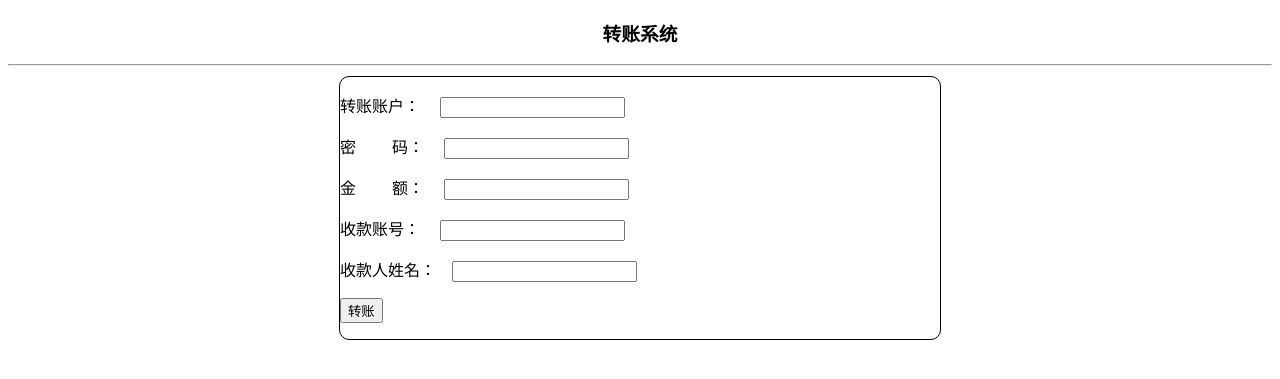
Repository: 99708/java_EE
Page: http://localhost/ssm_bank/
The author's editor kept a copy of each file at every save. The page is drawn from the files as they stood at one save, then again after the next save.
The browser window is 1280 px wide. The pictures show the whole page.
The page is served by Tomcat 9. Other server files are loaded and not shown.

Above is the page before, as saved 2018-11-16 13:52:48.

### ssm_bank/WebContent/index.jsp
<%@ page language="java" contentType="text/html; charset=UTF-8"
    pageEncoding="UTF-8"%>
<!DOCTYPE html PUBLIC "-//W3C//DTD HTML 4.01 Transitional//EN" "http://www.w3.org/TR/html4/loose.dtd">
<html>
<head>
<meta http-equiv="Content-Type" content="text/html; charset=UTF-8">
<title>Insert title here</title>
</head>
<script type="text/javascript" src="js/jquery-1.9.1.min.js"></script>
<body>
	<h3 align="center">转账系统</h3>
	<hr />
	<div  style=" heigth: 240px; width: 600px;
		border: 1px solid #000; margin: auto; border-radius: 10px;
		margin-top: 10px;">
		<form action="moneyServlet.servlet" method="post">
			<p>
				转账账户：　 <input id="aid" name="aid" type="text" value="" />
				<span id="aidSpan"></span> <br />
			</p>
			<p>
				密　　 码： 　<input id="apwd" name="apwd" type="text" value="" />
				<span id="apwdSpan"></span><br />
			</p>
			<p>
				金 　　额： 　<input id="money" name="money" type="text" value="" />
				<span id="moneySpan"></span><br />
			</p>
			<p>
				收款账号： 　<input id="inId" name="inId" type="text" value="" />
				<span id="inIdSpan"></span><br />
			</p>
			<p>
				收款人姓名：　<input id="aname" name="aname" type="text" value="" />
				<span id="anameSpan"></span><br />
			</p>
			<p>
				<input type="submit" value="转账" />
			</p>
		</form>
	</div>
	<script type="text/javascript">
		$(function(){
			$("#aid").blur(function (){
				var url = "getAccountById";
				var data = "aid="+$("#aid").val();
				getData(url, data, function(data){
					if(data){
						$("#aidSpan").html("<img alt='' src='images/right.jpg'/>");
					}else{
						$("#aidSpan").html("<img alt='' src='images/error.jpg'/>");
					}

				});
			});
			function getData(url, data, callback){
				$.ajax({
					url:url,
					data:data,
					dataType:"json",
					type:"post",
					success:function(rsData){
						callback(rsData);
					}
				});
			}
		})
	</script>
</body>
</html>

Loaded but not shown: ssm_bank/WebContent/js/jquery-1.9.1.min.js (library)

After the next save:
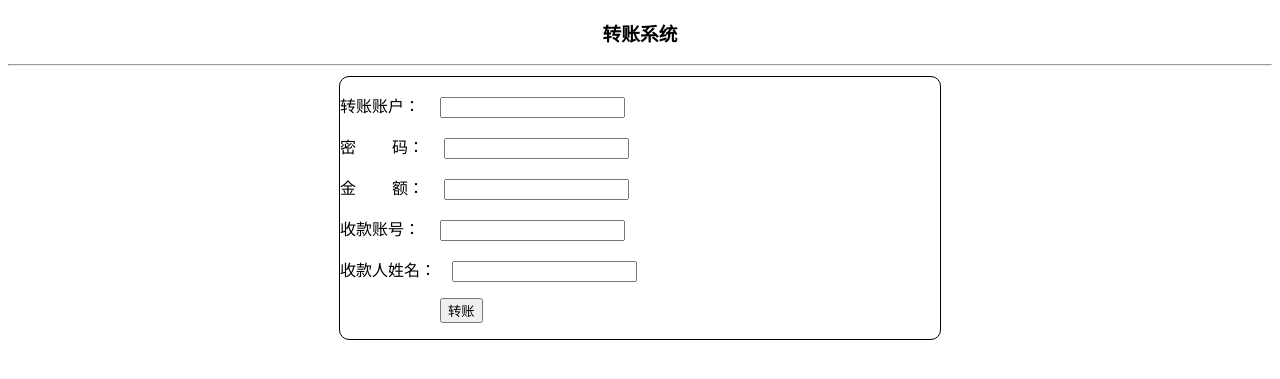
Saved 43 s later.
--- a/ssm_bank/WebContent/index.jsp
+++ b/ssm_bank/WebContent/index.jsp
@@ -35,7 +35,7 @@
 				<span id="anameSpan"></span><br />
 			</p>
 			<p>
-				<input type="submit" value="转账" />
+				<input type="submit" value="转账" style="margin-left: 100px"/>
 			</p>
 		</form>
 	</div>
